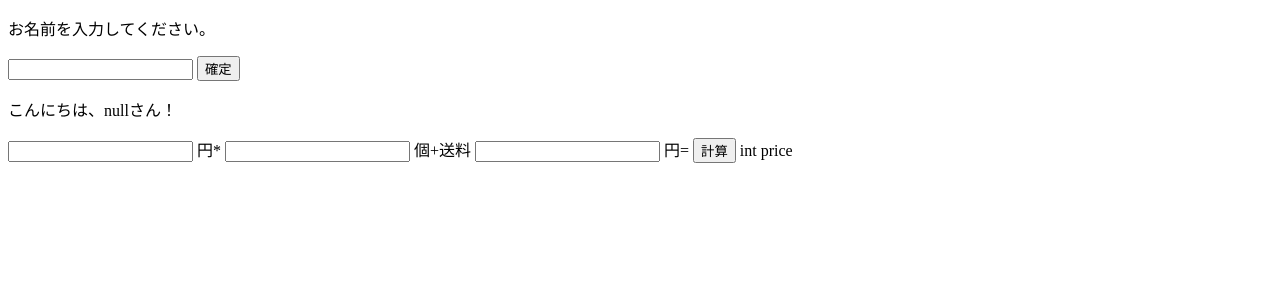
Repository: shimizuyusuke/backup
Page: http://localhost/HelloJSP/
An editor plug-in stored every save of this project. The page is shown before and after the next save, followed by the edit.
The browser window is 1280 px wide. The pictures show the whole page.
The page is served by Tomcat 9.

Above is the page before, as saved 2018-01-15 08:07:24.

### HelloJSP/WebContent/index.jsp
<%@ page language="java" contentType="text/html; charset=UTF-8"
    pageEncoding="UTF-8"%>
<!DOCTYPE html>
<html>
<head>
<meta charset="utf-8">
<title>TEST</title>
</head>
<body>

<p>お名前を入力してください。</p>
<form method="post" action="greeting-out.jsp">
<input type="text" name="user">
<input type="submit" value="確定">

<% request.setCharacterEncoding("UTF-8"); %>
<p>こんにちは、<%=request.getParameter("user") %>さん！</p>

</form>

<form method="post" action="total-out.jsp">
<input type="text" name="price">
円*
<input type="text" name="count">
個+送料
<input type="text" name="delivery">
円=
<input type="submit" value="計算">

<%@page errorPage="total-error.jps" %>
<%
request.setCharacterEncoding("UTF-8");%>
int price

</form>


</body>
</html>

After the next save:
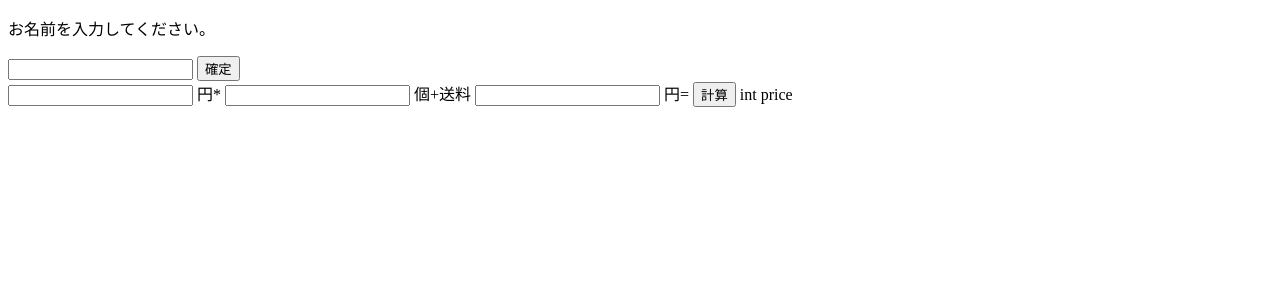
Saved 29 s later.
--- a/HelloJSP/WebContent/index.jsp
+++ b/HelloJSP/WebContent/index.jsp
@@ -13,10 +13,10 @@
 <input type="text" name="user">
 <input type="submit" value="確定">
 
-<% request.setCharacterEncoding("UTF-8"); %>
-<p>こんにちは、<%=request.getParameter("user") %>さん！</p>
+</form>
 
-</form>
+
+
 
 <form method="post" action="total-out.jsp">
 <input type="text" name="price">
